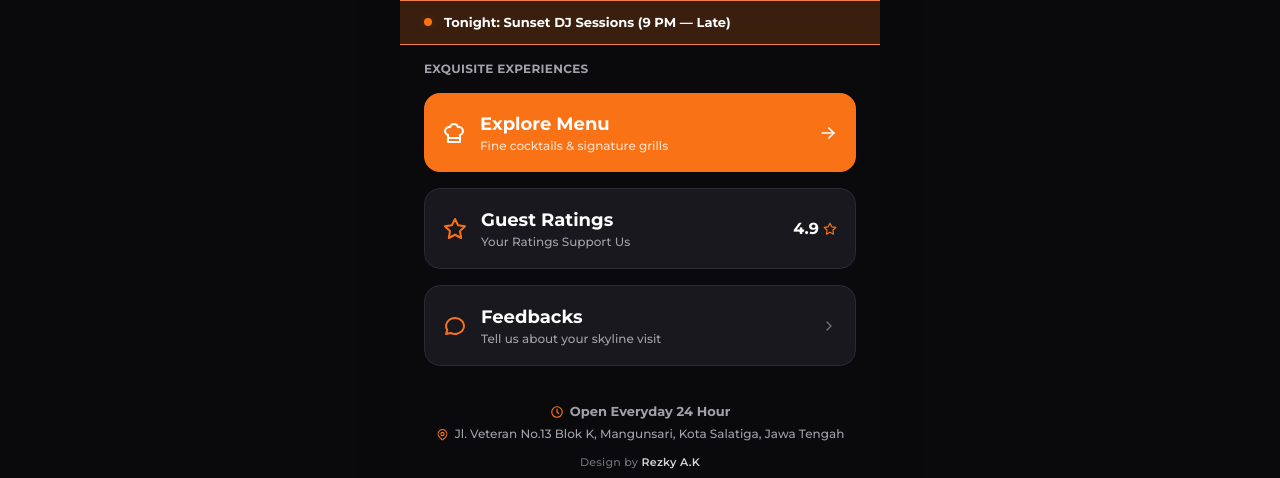
Repository: Warfail/qrmenu
Page: /
The author's editor kept a copy of each file at every save. The page is drawn from the files as they stood at one save, then again after a run of saves.
The browser window is 1280 px wide. The pictures show the part of the page from y = 454 to 932 px (the page is 932 px tall).
The page's requests for data from a server got no answer. The project was rebuilt for these pictures with package versions that can differ from the ones it lists, and the page was loaded fresh each time. The framework's server and built-in components were replaced by stand-ins that run in the browser. No one was signed in, and anything a server would have sent is missing. Also part of the build but not shown: next.config.mjs, src/components/FeedbackModal.jsx, src/components/GoogleReviews.jsx, src/components/GuestRatingsModal.jsx.

Above is the page before, as saved 2026-08-15 20:10:45.

### src/app/layout.jsx
import { Montserrat } from "next/font/google";
import "./globals.css";
import { CartProvider } from "@/components/CartContext";

const montserrat = Montserrat({
  subsets: ["latin"],
  weight: ["400", "500", "600", "700", "800", "900"],
  variable: "--font-montserrat",
});

export const metadata = {
  title: "ROOFTOP FORTYFIVE",
  description: "Urban Society Studio — 45th Floor, Metropolis Tower Plaza",
};

export default function RootLayout({ children }) {
  return (
    <html lang="id" className={montserrat.variable}>
      <body className="min-h-screen bg-[#0a0a0c] antialiased">
        <CartProvider>
          <div className="mx-auto min-h-screen w-full max-w-[480px] bg-[#0a0a0c] shadow-2xl">
            {children}
          </div>
        </CartProvider>
      </body>
    </html>
  );
}

### src/app/page.jsx
"use client";

import { useEffect, useState } from "react";
import Link from "next/link";
import {
  IconChefHat,
  IconArrowRight,
  IconStar,
  IconMessageCircle,
  IconChevronRight,
  IconMapPin,
  IconClock,
} from "@tabler/icons-react";
import FeedbackModal from "@/components/FeedbackModal";
import GuestRatingsModal from "@/components/GuestRatingsModal";

const GOOGLE_MAPS_URL =
  "https://www.google.com/maps/place/Rooftop+Forty+Five/@-7.3370042,110.4879377,15z/data=!4m6!3m5!1s0x2e7a79339f145283:0x26fa97d90cd2e8d2!8m2!3d-7.3371324!4d110.4982667!16s%2Fg%2F11njpl__k4?entry=ttu&g_ep=EgoyMDI2MDgxMi4wIKXMDSoASAFQAw%3D%3D";

export default function HomePage() {
  const [settings, setSettings] = useState({
    whatsappNumber: "6281234567890",
    googlePlaceId: "",
  });
  const [showFeedback, setShowFeedback] = useState(false);
  const [showRatings, setShowRatings] = useState(false);

  useEffect(() => {
    let active = true;
    fetch("/api/landing")
      .then((res) => (res.ok ? res.json() : null))
      .then((json) => {
        if (active && json?.settings) {
          setSettings((prev) => ({
            ...prev,
            whatsappNumber: json.settings.whatsappNumber || prev.whatsappNumber,
            googlePlaceId: json.settings.googlePlaceId || prev.googlePlaceId,
          }));
        }
      })
      .catch(() => {});
    return () => {
      active = false;
    };
  }, []);

  return (
    <main className="flex min-h-screen flex-col justify-between overflow-hidden bg-[#0a0a0c]">
      {/* HERO */}
      <section className="relative">
        <div className="relative flex aspect-[1.058/1] w-full flex-col justify-end overflow-hidden pb-6">
          {/* Background image */}
          <div
            className="absolute inset-0 bg-cover bg-center"
            style={{
              backgroundImage:
                "url(https://api.builder.io/api/v1/image/assets/TEMP/979e074464d8e4c44b55b3a495ff275e80e38426?placeholderIfAbsent=true)",
            }}
          />

          {/* Status bar (relative, tidak overlap) */}
          <div className="relative z-10 flex min-h-[44px] w-full" />
        </div>

        {/* LIVE BANNER */}
        <div className="flex w-full items-center gap-3 border-y border-[#f48048] bg-orange-500/20 px-6 py-3">
          <span className="relative flex h-2 w-2 shrink-0">
            <span className="absolute inline-flex h-full w-full animate-ping rounded-full bg-orange-500 opacity-75" />
            <span className="relative inline-flex h-2 w-2 rounded-full bg-orange-500" />
          </span>
          <p className="text-[13px] font-bold text-white">
            Tonight: Sunset DJ Sessions (9 PM — Late)
          </p>
        </div>
      </section>

      {/* ACTION STACK */}
      <section className="flex flex-col px-6 py-4">
        <p className="text-xs font-bold uppercase tracking-wide text-zinc-400">
          Exquisite Experiences
        </p>

        {/* Explore Menu */}
        <Link
          href="/menu"
          className="mt-4 flex items-center justify-between gap-4 rounded-2xl bg-orange-500 px-[18px] py-[18px] transition hover:bg-orange-600 active:scale-[0.99]"
        >
          <div className="flex items-center gap-3.5">
            <div className="flex h-6 w-6 items-center justify-center">
              <IconChefHat size={24} />
            </div>
            <div>
              <p className="text-[18px] font-bold text-white">Explore Menu</p>
              <p className="text-xs font-medium text-white/80">
                Fine cocktails & signature grills
              </p>
            </div>
          </div>
          <IconArrowRight size={20} className="text-white" />
        </Link>

        {/* Guest Ratings */}
        <button
          type="button"
          onClick={() => setShowRatings(true)}
          className="mt-4 flex items-center justify-between gap-4 rounded-2xl border border-[#2a2a35] bg-[#18181e] px-[18px] py-[18px] text-left transition hover:bg-[#1f1f27] active:scale-[0.99]"
        >
          <div className="flex items-center gap-3.5">
            <div className="flex h-6 w-6 items-center justify-center">
              <IconStar size={24} className="text-orange-500" />
            </div>
            <div>
              <p className="text-[18px] font-bold text-white">Guest Ratings</p>
              <p className="text-xs font-medium text-zinc-400">
                Your Ratings Support Us
              </p>
            </div>
          </div>
          <div className="flex items-center gap-1">
            <span className="text-base font-bold text-white">4.9</span>
            <IconStar size={14} className="text-orange-500" />
          </div>
        </button>

        {/* Feedbacks */}
        <button
          type="button"
          onClick={() => setShowFeedback(true)}
          className="mt-4 flex items-center justify-between gap-4 rounded-2xl border border-[#2a2a35] bg-[#18181e] px-[18px] py-[18px] text-left transition hover:bg-[#1f1f27] active:scale-[0.99]"
        >
          <div className="flex items-center gap-3.5">
            <div className="flex h-6 w-6 items-center justify-center">
              <IconMessageCircle size={24} className="text-orange-500" />
            </div>
            <div>
              <p className="text-[18px] font-bold text-white">Feedbacks</p>
              <p className="text-xs font-medium text-zinc-400">
                Tell us about your skyline visit
              </p>
            </div>
          </div>
          <IconChevronRight size={16} className="text-zinc-500" />
        </button>
      </section>

      {/* FOOTER */}
      <footer className="flex flex-col items-center pb-2 pt-5">
        <div className="flex flex-col items-center font-bold text-zinc-400">
          <p className="flex items-center gap-1.5 text-[13px]">
            <IconClock size={14} className="text-orange-500" />
            Open Everyday 24 Hour
          </p>
          <a
            href={GOOGLE_MAPS_URL}
            target="_blank"
            rel="noopener noreferrer"
            className="mt-1 flex w-full items-start justify-center gap-1.5 px-6 text-xs font-medium transition hover:text-orange-400"
          >
            <IconMapPin size={13} className="mt-0.5 shrink-0 text-orange-500" />
            <span className="text-center">
              Jl. Veteran No.13 Blok K, Mangunsari, Kota Salatiga, Jawa Tengah
            </span>
          </a>
          <p className="mt-3 text-[11px] font-medium tracking-wide text-zinc-500">
            Design by <span className="font-semibold text-zinc-300">Rezky A.K</span>
          </p>
        </div>
      </footer>

      {/* MODALS */}
      <FeedbackModal
        open={showFeedback}
        onClose={() => setShowFeedback(false)}
        whatsappNumber={settings.whatsappNumber}
      />
      <GuestRatingsModal
        open={showRatings}
        onClose={() => setShowRatings(false)}
        googlePlaceId={settings.googlePlaceId}
      />
    </main>
  );
}

### src/app/globals.css
@tailwind base;
@tailwind components;
@tailwind utilities;

:root {
  color-scheme: dark;
}

body {
  font-family: var(--font-montserrat), ui-sans-serif, system-ui, -apple-system,
    "Segoe UI", Roboto, "Helvetica Neue", Arial, sans-serif;
  background: #050507;
}

.no-scrollbar::-webkit-scrollbar {
  display: none;
}
.no-scrollbar {
  -ms-overflow-style: none;
  scrollbar-width: none;
}

.text-balance {
  text-wrap: balance;
}

@keyframes slide-up {
  from {
    transform: translate(-50%, 100%);
  }
  to {
    transform: translate(-50%, 0);
  }
}

@keyframes fade-in {
  from {
    opacity: 0;
    transform: translateY(12px);
  }
  to {
    opacity: 1;
    transform: translateY(0);
  }
}

.animate-slide-up {
  animation: slide-up 0.3s ease-out;
}

.animate-fade-in {
  animation: fade-in 0.25s ease-out;
}

### src/components/CartContext.jsx
"use client";

import {
  createContext,
  useCallback,
  useContext,
  useEffect,
  useMemo,
  useRef,
  useState,
} from "react";

const CART_STORAGE_KEY = "rooftop45_cart";

const CartContext = createContext(null);

export function CartProvider({ children }) {
  const [cart, setCart] = useState({});
  const [restoredCount, setRestoredCount] = useState(0);
  const [showRestored, setShowRestored] = useState(false);
  const loadedFromStorage = useRef(false);

  // 1. Load cart dari localStorage saat pertama kali
  useEffect(() => {
    try {
      const raw = localStorage.getItem(CART_STORAGE_KEY);
      if (raw) {
        const parsed = JSON.parse(raw);
        if (parsed && typeof parsed === "object") {
          const cleaned = {};
          let count = 0;
          for (const [id, item] of Object.entries(parsed)) {
            if (item && item.product && item.product.id && item.qty > 0) {
              cleaned[id] = {
                product: {
                  id: item.product.id,
                  name: item.product.name || "",
                  category: item.product.category || "",
                  code: item.product.code || "",
                  price: Number(item.product.price) || 0,
                  stock: Number(item.product.stock) || 0,
                },
                qty: item.qty,
              };
              count += item.qty;
            }
          }
          if (count > 0) {
            setCart(cleaned);
            setRestoredCount(count);
            setShowRestored(true);
            setTimeout(() => setShowRestored(false), 4000);
          }
        }
      }
    } catch {
      // abaikan data localStorage yang corrupt
    }
    loadedFromStorage.current = true;
  }, []);

  // 2. Save cart ke localStorage setiap items berubah
  useEffect(() => {
    if (!loadedFromStorage.current) return;
    try {
      if (Object.keys(cart).length === 0) {
        localStorage.removeItem(CART_STORAGE_KEY);
      } else {
        localStorage.setItem(CART_STORAGE_KEY, JSON.stringify(cart));
      }
    } catch {
      // storage mungkin penuh / tidak tersedia
    }
  }, [cart]);

  const addToCart = useCallback((product) => {
    setCart((prev) => {
      const existing = prev[product.id];
      return {
        ...prev,
        [product.id]: {
          product,
          qty: existing ? existing.qty + 1 : 1,
        },
      };
    });
  }, []);

  const removeFromCart = useCallback((productId) => {
    setCart((prev) => {
      const existing = prev[productId];
      if (!existing) return prev;
      if (existing.qty <= 1) {
        const next = { ...prev };
        delete next[productId];
        return next;
      }
      return { ...prev, [productId]: { ...existing, qty: existing.qty - 1 } };
    });
  }, []);

  // 3. Clear cart setelah checkout + hapus dari localStorage
  const clearCart = useCallback(() => {
    setCart({});
    try {
      localStorage.removeItem(CART_STORAGE_KEY);
    } catch {
      // ignore
    }
  }, []);

  const value = useMemo(
    () => ({ cart, addToCart, removeFromCart, clearCart }),
    [cart, addToCart, removeFromCart, clearCart]
  );

  return (
    <CartContext.Provider value={value}>
      {children}

      {/* 4. Notifikasi item restored */}
      {showRestored && (
        <div className="fixed inset-x-0 top-0 z-[60] mx-auto w-full max-w-[480px] px-4 pt-3">
          <div className="animate-fade-in rounded-xl border border-orange-500/30 bg-[#18181e]/95 px-4 py-3 text-center text-sm font-semibold text-white shadow-lg backdrop-blur">
            {restoredCount} item{restoredCount > 1 ? "s" : ""} restored
          </div>
        </div>
      )}
    </CartContext.Provider>
  );
}

export function useCart() {
  const ctx = useContext(CartContext);
  if (!ctx) {
    throw new Error("useCart must be used within CartProvider");
  }
  return ctx;
}

### tailwind.config.js
/** @type {import('tailwindcss').Config} */
module.exports = {
  content: [
    "./src/pages/**/*.{js,ts,jsx,tsx,mdx}",
    "./src/components/**/*.{js,ts,jsx,tsx,mdx}",
    "./src/app/**/*.{js,ts,jsx,tsx,mdx}",
  ],
  theme: {
    extend: {},
  },
  plugins: [],
};

After the next 2 saves:
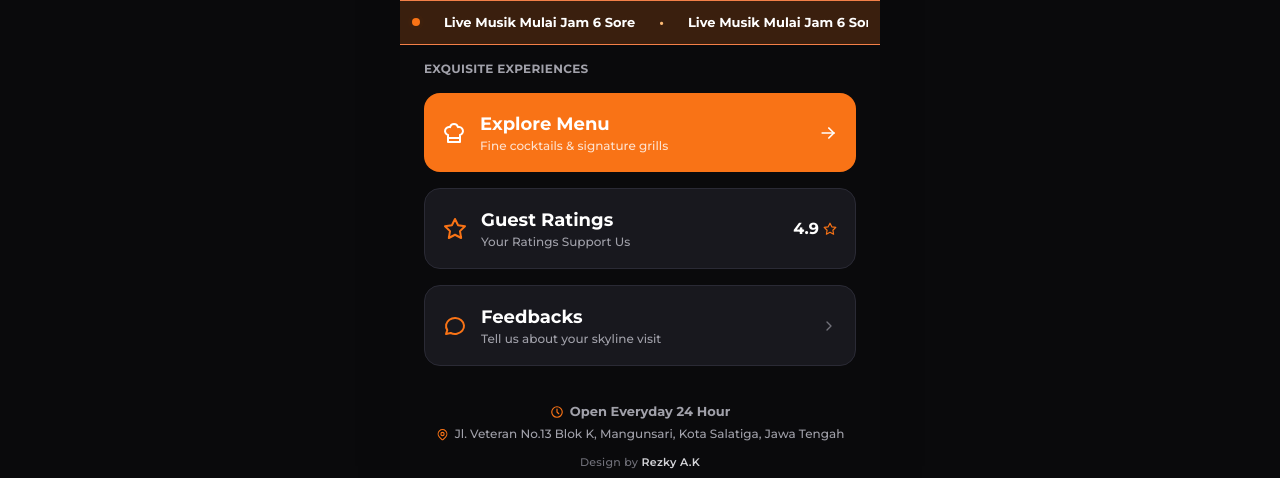
The 2 saves are shown as one change because they came seconds apart.
The last was saved 7 min 23 s later.
--- a/src/app/page.jsx
+++ b/src/app/page.jsx
@@ -63,14 +63,25 @@
         </div>
 
         {/* LIVE BANNER */}
-        <div className="flex w-full items-center gap-3 border-y border-[#f48048] bg-orange-500/20 px-6 py-3">
+        <div className="flex w-full items-center gap-3 overflow-hidden border-y border-[#f48048] bg-orange-500/20 px-3 py-3">
           <span className="relative flex h-2 w-2 shrink-0">
             <span className="absolute inline-flex h-full w-full animate-ping rounded-full bg-orange-500 opacity-75" />
             <span className="relative inline-flex h-2 w-2 rounded-full bg-orange-500" />
           </span>
-          <p className="text-[13px] font-bold text-white">
-            Tonight: Sunset DJ Sessions (9 PM — Late)
-          </p>
+          <div className="relative min-w-0 flex-1 overflow-hidden">
+            <div className="animate-marquee flex min-w-max whitespace-nowrap text-[13px] font-bold text-white">
+              <span className="px-3">Live Musik Mulai Jam 6 Sore</span>
+              <span className="px-3 text-orange-300">•</span>
+              <span className="px-3">Live Musik Mulai Jam 6 Sore</span>
+              <span className="px-3 text-orange-300">•</span>
+              <span className="px-3">Live Musik Mulai Jam 6 Sore</span>
+              <span className="px-3 text-orange-300">•</span>
+              <span className="px-3">Live Musik Mulai Jam 6 Sore</span>
+              <span className="px-3 text-orange-300">•</span>
+              <span className="px-3">Live Musik Mulai Jam 6 Sore</span>
+              <span className="px-3 text-orange-300">•</span>
+            </div>
+          </div>
         </div>
       </section>
 
